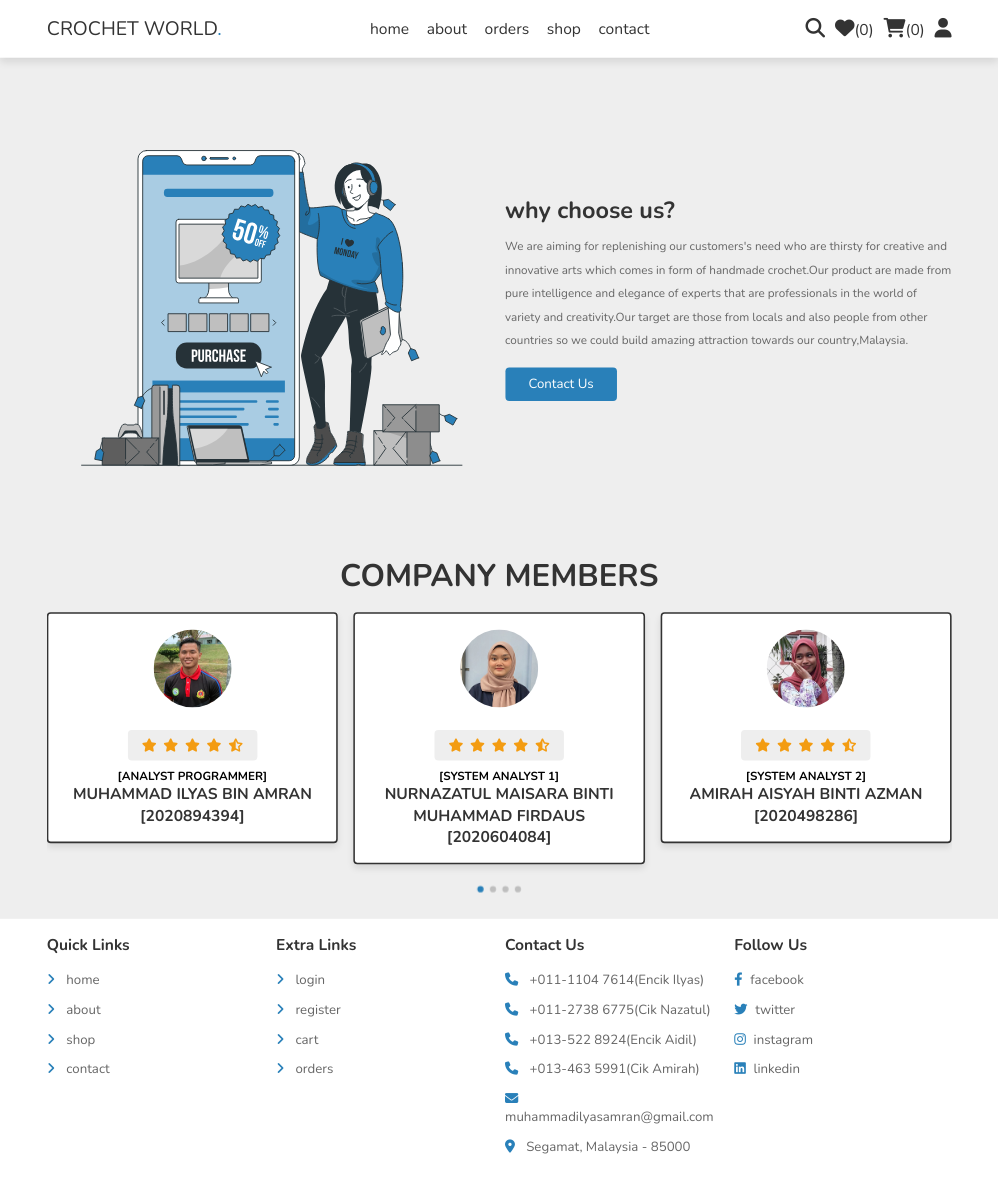
Repository: unatesta175/Crochet-Ecommerce-PHP
Page: http://localhost/about.php
These files come from the project's save history. The page is drawn as it stood at one moment and after the next save; the edit follows.
The browser window is 1280 px wide. The pictures show the whole page, at 78% of full size.
Some web libraries are served in a nearby version. The page is run by PHP 8.4 with error messages shown; the project is at /var/www/html/. Queries for data that is not in the repository find no rows.

Above is the page before, as saved 2025-11-24 13:05:03.

After the next save:
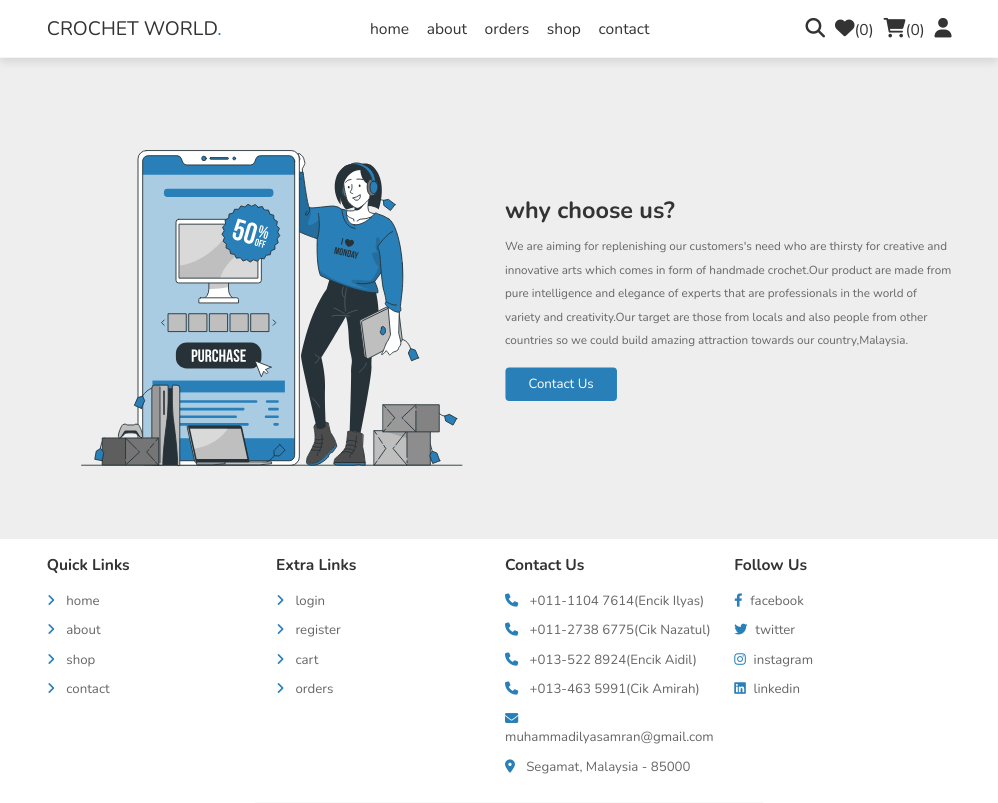
Saved 46 s later.
--- a/about.php
+++ b/about.php
@@ -51,82 +51,7 @@ if(isset($_SESSION['user_id'])){
 
 </section>
 
-<section class="reviews">
 
-   <h1 class="heading">COMPANY MEMBERS </h1>
-
-   <div class="swiper reviews-slider">
-
-   <div class="swiper-wrapper">
-
-      <div class="swiper-slide slide">
-         <img src="images/g4.png" alt="">
-         <p></p>
-         <div class="stars">
-            <i class="fas fa-star"></i>
-            <i class="fas fa-star"></i>
-            <i class="fas fa-star"></i>
-            <i class="fas fa-star"></i>
-            <i class="fas fa-star-half-alt"></i>
-         </div>
-         <h2>[ANALYST PROGRAMMER]</h2>
-          <h3>MUHAMMAD ILYAS BIN AMRAN</h3>
-           <h3>[2020894394]</h3>
-
-      </div>
-
-      <div class="swiper-slide slide">
-         <img src="images/g2.png" alt="">
-         <p></p>
-         <div class="stars">
-            <i class="fas fa-star"></i>
-            <i class="fas fa-star"></i>
-            <i class="fas fa-star"></i>
-            <i class="fas fa-star"></i>
-            <i class="fas fa-star-half-alt"></i>
-         </div>
-          <h2>[SYSTEM ANALYST 1]</h2>
-         <h3>NURNAZATUL MAISARA BINTI MUHAMMAD FIRDAUS</h3>
-          <h3>[2020604084]</h3>
-      </div>
-
-      <div class="swiper-slide slide">
-         <img src="images/g3.png" alt="">
-         <p></p>
-         <div class="stars">
-            <i class="fas fa-star"></i>
-            <i class="fas fa-star"></i>
-            <i class="fas fa-star"></i>
-            <i class="fas fa-star"></i>
-            <i class="fas fa-star-half-alt"></i>
-         </div>
-          <h2>[SYSTEM ANALYST 2]</h2>
-         <h3>AMIRAH AISYAH BINTI AZMAN </h3>
-          <h3>[2020498286]</h3>
-      </div>
-
-      <div class="swiper-slide slide">
-         <img src="images/g1.png" alt="">
-         <p></p>
-         <div class="stars">
-            <i class="fas fa-star"></i>
-            <i class="fas fa-star"></i>
-            <i class="fas fa-star"></i>
-            <i class="fas fa-star"></i>
-            <i class="fas fa-star-half-alt"></i>
-         </div>
-          <h2>[DOCUMENTER]</h2>
-         <h3>MUHAMAD AIDIL BIN MOHD SUKOR </h3>
-          <h3>[2020869062]</h3>
-      </div>
-
-   </div>
-
-   <div class="swiper-pagination"></div>
-
-   </div>
-
-</section>
 
 
 
